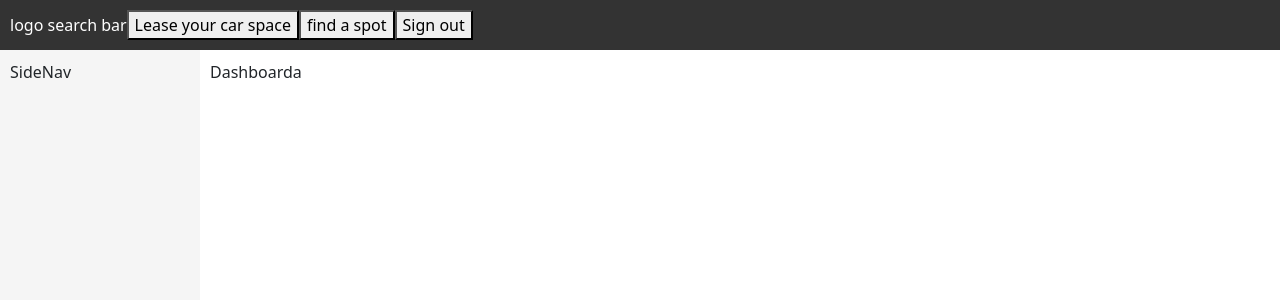
Repository: UNSWSpotFinder/SpotFinder
Page: /dashboard (app in frontend/)
These files come from the project's save history. The page is drawn as it stood at one moment and after a run of saves; the edit follows.
The browser window is 1280 px wide. The pictures show the whole page.
The project was rebuilt for these pictures with package versions that can differ from the ones it lists, and the page was loaded fresh each time. Also part of the build but not shown: frontend/src/HomePage.css, frontend/src/Login.css, frontend/src/Login.jsx, frontend/src/Regist.css, frontend/src/Regist.jsx, frontend/src/HomePage.jsx, frontend/src/App.css, frontend/src/components/Bookings.jsx and 3 more.

Above is the page before, as saved 2024-03-09 17:22:50.

### frontend/src/App.jsx
import logo from './logo.svg';
import React, {
  useState,
  useEffect,
  useRef,
  ChangeEvent,
  LabelHTMLAttributes,
  createContext,
  useContext,
  ReactNode,
} from 'react';
import {HomePageLarge,HomePageAdminSmall,HomePageAdminLarge,HomePageSmall} from './HomePage';
import { ErrorProvider, GlobalSnackbar, ErrorContext } from './API';
import { BrowserRouter, Routes, Route, Link } from 'react-router-dom';
import './App.css';

// 导入Dashboard相关页面组件
import DashboardTop from './components/DashboardTop';
import Dashboard from './components/Dashboard';
import Bookings from './components/Bookings';
import Listings from './components/Listings';
import Profile from './components/Profile';
import Messages from './components/Messages';

function App() {
  const [windowWidth, setWindowWidth] = useState(window.innerWidth);
  useEffect(() => {
    // 添加一个事件监听器，以便在窗口大小改变时更新windowWidth状态
    const handleResize = () => {
      setWindowWidth(window.innerWidth);
    };
    window.addEventListener('resize', handleResize);
    // 清除事件监听器以避免内存泄漏
    return () => {
      window.removeEventListener('resize', handleResize);
    };
  }, []);
  let layoutComponentHost;
  let LayoutComponentHome;
  let LayoutDetail;
  if (windowWidth > 760) {
    layoutComponentHost = null;
    LayoutComponentHome = <HomePageLarge/>;
    LayoutDetail = null;
  } else {
    layoutComponentHost = null;
    LayoutComponentHome = <HomePageSmall/>;;
    LayoutDetail = null;
  }
  return(
    <ErrorProvider>
      <GlobalSnackbar/>
        <BrowserRouter>
          <Routes>
            <Route path="/user/*" element={LayoutComponentHome} />
            {/* DashboardTop作为父路由 */}
            <Route path="/dashboard" element={<DashboardTop />}>
            {/* 在DashboardTop内部定义子路由 */}
            <Route index element={<Dashboard />} />
            <Route path="bookings" element={<Bookings />} />
            <Route path="listings" element={<Listings />} />
            <Route path="messages" element={<Messages />} />
            <Route path="profile" element={<Profile />} />
          </Route>
            {/* Keep the wildcard route to catch all and render Home */}
            <Route path="/*" element={LayoutComponentHome} />
          </Routes>
        </BrowserRouter>
    </ErrorProvider>
  )
}

export default App;

### frontend/src/API.jsx
import Alert from '@mui/material/Alert';
import Snackbar from '@mui/material/Snackbar';
import Button from '@mui/material/Button';
import Stack from '@mui/material/Stack';
import React, { useState, useEffect, createContext,useContext } from 'react';

import { styled } from '@mui/material';
const port = '8080';
export const meetErrorLog = (error) => {
    console.log(error);
    let errorText = '';
    // switch case to show the error
    switch (error) {
      case 'info':
        errorText = 'Invalid username or password !';
        break;
      case 'access':
        errorText = 'No permission, please log in first!';
        break;
      default:
        errorText = 'Network error! Please try again.';
        break;
    }
    return errorText;
  };
export const ErrorContext = createContext({
    snackbarData: { severity: 'info', message: '1',timestamp: new Date().getTime()},
    setOpenSnackbar: () => {}, // 提供一个空函数避免调用时出错
  });
export const useError = () => useContext(ErrorContext);
export const ErrorProvider = ({ children }) => {
  const [snackbarData, setSnackbarData] = useState({
    severity: 'success',
    message: '',
    timestamp: new Date().getTime()
  });
  const setOpenSnackbar = (data) => {
    setSnackbarData(data);
  };
  return (
    <ErrorContext.Provider value={{snackbarData,setOpenSnackbar}}>
      {children}
    </ErrorContext.Provider>
  );
};
// The message to be displayed in the Snackbar
export const GlobalSnackbar = () => {
const { snackbarData, setOpenSnackbar } = useError();
// State to manage the visibility of the Snackbar
const [open, setOpen] = useState(false);
  useEffect(() => {
    console.log('Alert severity:', snackbarData.severity);
    console.log('Alert :', snackbarData.message);
    if (snackbarData.message) {
      setOpen(true);
    }
  }, [snackbarData.message, snackbarData.timestamp]);

  const handleClose = (event, reason) => {
    if (reason === 'clickaway') {
      return;
    }
    setOpen(false);
  };

return (
    // Snackbar component with automatic hiding and custom styling
    <Snackbar open={open} autoHideDuration={6000} onClose={handleClose}>
        <Alert onClose={handleClose} severity={snackbarData.severity}>
        {snackbarData.message}
        </Alert>
  </Snackbar>
);
};
export const callAPIsendEmailCode = (path,input)=>{
    return new Promise((resolve, reject) =>{
        fetch('http://localhost:'+String(port)+'/'+String(path),{
        method:'POST',
        headers: { 'Content-Type': 'application/json' },
        body:JSON.stringify(input),
        })
        .then((response)=>{
            if(response.ok){
                console.log('success');
                console.log(response);
                return resolve(response);
            }
            else if (response.status===400){
                const errorReason = 'Email not correct!';
                return reject(errorReason);
            }
            else{
                const errorReason = 'There is a problem with the network connection!';
                return reject(errorReason);
            }
        })
        .catch((error)=>{
            console.log(error);
        })
    })

}
export const callAPIverifyEmailCode = (path,input)=>{
    return new Promise((resolve, reject) =>{
        console.log(input);
        console.log('http://localhost:'+String(port)+'/'+String(path));
        fetch('http://localhost:'+String(port)+'/'+String(path),{
        method:'POST',
        headers: { 'Content-Type': 'application/json' },
        body:JSON.stringify(input),
        })
        .then((response)=>{
            if(response.ok){
                console.log('success');
                return resolve(response.json());
            }
            else if (response.status===400){
                const errorReason = 'Incorrect verification code.';
                return reject(errorReason);
            }
            else{
                const errorReason = 'There is a problem with the network connection!';
                return reject(errorReason);
            }
        })
        .catch((error)=>{
            console.log(error);
        })
    })

}
export const callAPIloginUser=(path,input)=>{

}
// 用户注册
export const callAPIRegistUser=(path,input)=>{
     return new Promise((resolve, reject) =>{
        console.log(input);
        console.log('http://localhost:'+String(port)+'/'+String(path));
        fetch('http://localhost:'+String(port)+'/'+String(path),{
        method:'POST',
        headers: { 'Content-Type': 'application/json' },
        body:JSON.stringify(input),
        })
        .then((response)=>{
            if(response.ok){
                console.log('success');
                return resolve(response.json());
            }
            else if (response.status===417){
                const errorReason = 'This email has been registed!';
                return reject(errorReason);
            }
            else{
                const errorReason = 'There is a problem with the network connection!';
                return reject(errorReason);
            }
        })
        .catch((error)=>{
            console.log(error);
        })
    })
}
// 用户登录
export const callAPILoginUser=(path,input)=>{
    return new Promise((resolve, reject) =>{
       console.log(input);
       console.log('http://localhost:'+String(port)+'/'+String(path));
       fetch('http://localhost:'+String(port)+'/'+String(path),{
       method:'POST',
       headers: { 'Content-Type': 'application/json' },
       body:JSON.stringify(input),
       })
       .then((response)=>{
           if(response.ok){
               console.log('success');
               return resolve(response.json());
           }
           else if (response.status===401){
               const errorReason = 'Username does not exist or password is incorrect!';
               return reject(errorReason);
           }
           else{
               const errorReason = 'There is a problem with the network connection!';
               return reject(errorReason);
           }
       })
       .catch((error)=>{
           console.log(error);
       })
   })
}
// 密码修改
export const callAPIResetPwdUser=(path,input)=>{
    return new Promise((resolve, reject) =>{
       console.log(input);
       console.log('http://localhost:'+String(port)+'/'+String(path));
       fetch('http://localhost:'+String(port)+'/'+String(path),{
       method:'POST',
       headers: { 'Content-Type': 'application/json' },
       body:JSON.stringify(input),
       })
       .then((response)=>{
           if(response.ok){
               console.log('success');
               return resolve(response.json());
           }
           else if (response.status===401){
               const errorReason = 'Username does not exist or password is incorrect!';
               return reject(errorReason);
           }
           else{
               const errorReason = 'There is a problem with the network connection!';
               return reject(errorReason);
           }
       })
       .catch((error)=>{
           console.log(error);
       })
   })
}

### frontend/src/components/DashboardTop.jsx
import React from 'react';
import { Outlet } from 'react-router-dom';
import './DashboardTop.css';

const DashboardTop = () => {
  return (
    <div className="dashboard-top">
      <div className="top-nav">
        <span>logo </span>
        <span>search bar</span>
        <button>Lease your car space</button>
        <button>find a spot</button>

        <button>Sign out</button>

      </div>
      <div className="content-area">
        <div className="side-nav">SideNav</div>
        <div className="main-content">
          <Outlet />
        </div>
      </div>
    </div>
  );
};

export default DashboardTop;

### frontend/src/components/Dashboard.jsx
import React from 'react';
import DashboardTop from './DashboardTop';

const Dashboard = () => {
  // 组件的状态和逻辑

  return (
    <div className='Dashboard'>
      {/* 组件的JSX结构 */}
      Dashboarda
    </div>
  );
}

export default Dashboard;

### frontend/src/components/DashboardTop.css
/* DashboardTop.css */

/* 整体布局 */
.dashboard-top {
    display: flex;
    flex-direction: column;
    height: 100vh; /* 使布局填满整个视口高度 */
  }

  /* 顶部导航样式 */
  .top-nav {
    background-color: #333; /* 暗色背景 */
    color: #fff; /* 白色文字 */
    padding: 10px; /* 内边距 */
  }

  /* 内容区域样式，包含侧边导航和主内容区 */
  .content-area {
    display: flex;
    flex-grow: 1; /* 占据剩余空间 */
  }

  /* 侧边导航样式 */
  .side-nav {
    background-color: #f5f5f5; /* 浅色背景 */
    width: 200px; /* 定宽 */
    padding: 10px; /* 内边距 */
  }

  /* 主内容区域样式 */
  .main-content {
    flex-grow: 1; /* 占据剩余空间 */
    padding: 10px; /* 内边距 */
  }

Loaded but not shown: frontend/public/index.html (common file); frontend/src/index.js (common file); frontend/src/index.css (common file); frontend/src/reportWebVitals.js (common file)

After the next 3 saves:
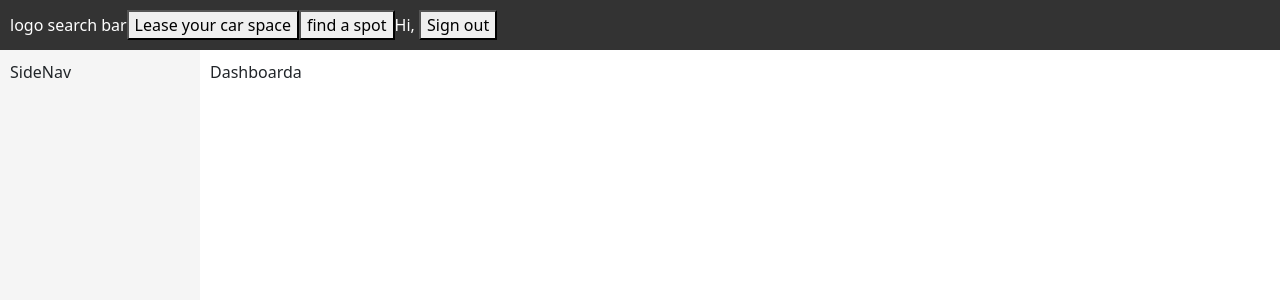
The 3 saves are shown as one change because they came seconds apart.
The last was saved 13 s later.
--- a/frontend/src/components/DashboardTop.jsx
+++ b/frontend/src/components/DashboardTop.jsx
@@ -10,6 +10,7 @@ const DashboardTop = () => {
         <span>search bar</span>
         <button>Lease your car space</button>
         <button>find a spot</button>
+        <span>Hi, </span>
 
         <button>Sign out</button>
 
